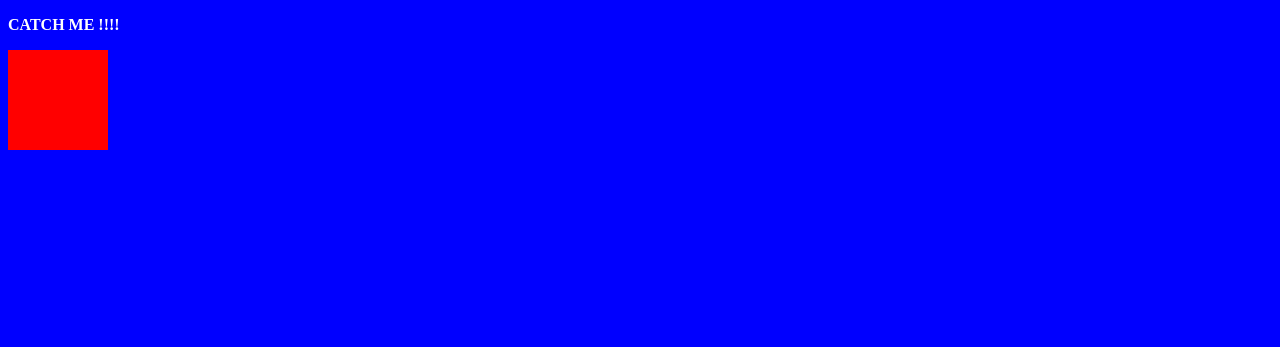
Repository: mong3270/mong3270.github.io
Page: index.html
The author's editor kept a record of every edit. The page is drawn from the files as they stood at one moment, then again after the next edit.
The browser window is 1280 px wide. The pictures show the whole page.

Above is the page before.

After the next edit:
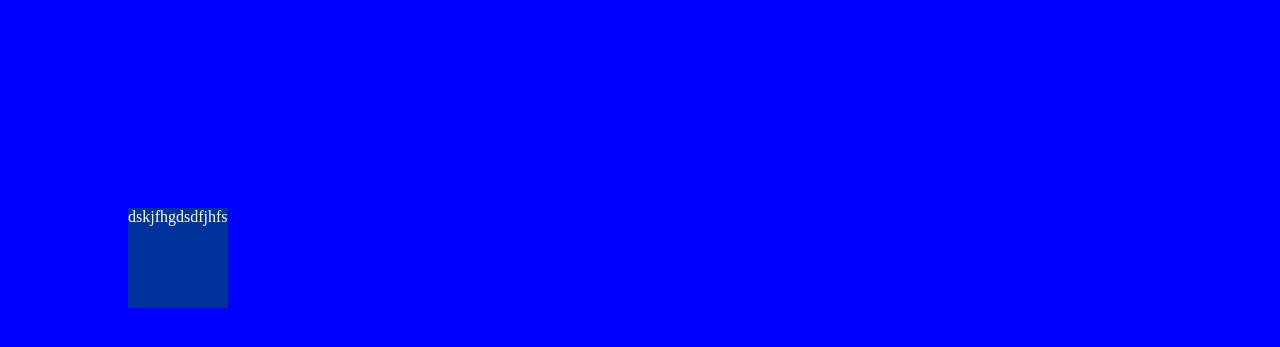
The edit:
--- a/index.html
+++ b/index.html
@@ -3,47 +3,8 @@
 	<head>
 
 		<link href="index.css" rel="stylesheet" type="text/css" />
-
-<html>
-<head>
-<style>
-div {
-    width: 100px;
-    height: 100px;
-    background: red;
-    position: relative;
-    -webkit-animation: myfirst 5s; /* Chrome, Safari, Opera */
-    animation: myfirst 5s;
-}
-
-/* Chrome, Safari, Opera */
-@-webkit-keyframes myfirst {
-    0%   {background:red; left:0px; top:0px;}
-    25%  {background:yellow; left:200px; top:0px;}
-    50%  {background:blue; left:200px; top:200px;}
-    75%  {background:green; left:0px; top:200px;}
-    100% {background:red; left:0px; top:0px;}
-}
-
-/* Standard syntax */
-@keyframes myfirst {
-    0%   {background:red; left:0px; top:0px;}
-    25%  {background:yellow; left:200px; top:0px;}
-    50%  {background:blue; left:200px; top:200px;}
-    75%  {background:green; left:0px; top:200px;}
-    100% {background:red; left:0px; top:0px;}
-}
-</style>
 </head>
 <body>
-
-<p><b>CATCH ME !!!!</b> </p>
-
-<div></div>
-
+    <div>dskjfhgdsdfjhfs</div>
 </body>
 </html>
-<!DOCTYPE html>
-<html>
-<head>
-<style>
